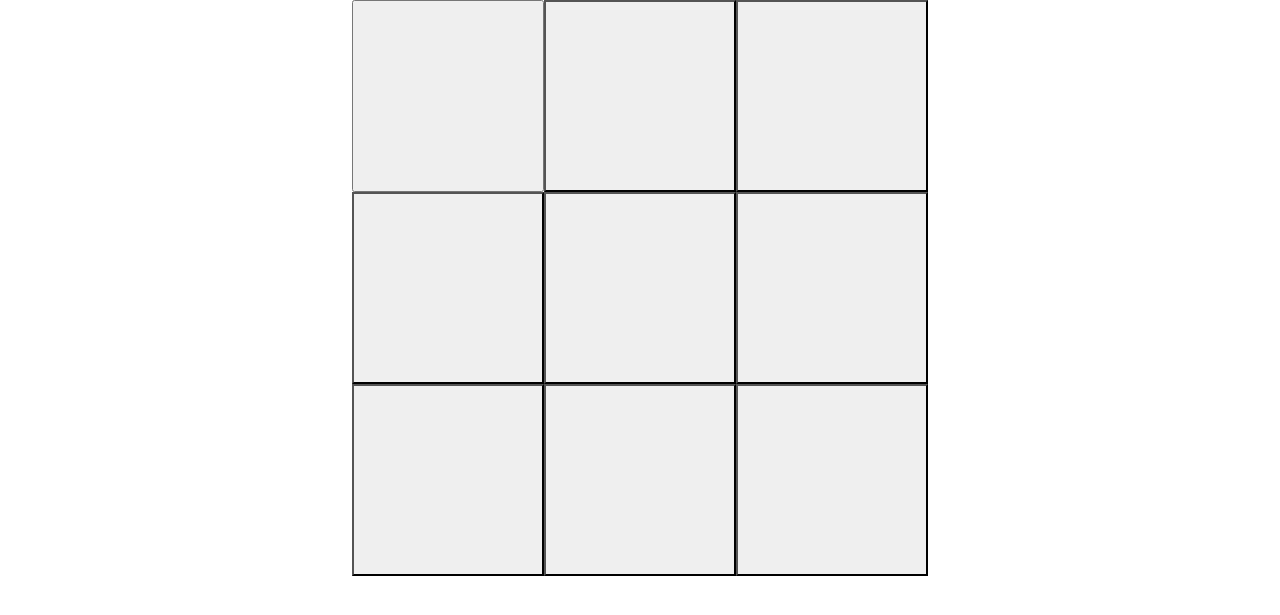
Repository: napan24/tic-tac-toe
Page: /
An editor plug-in stored every save of this project. The page is shown before and after the next save, followed by the edit.
The browser window is 1280 px wide. The pictures show the whole page.
The project was rebuilt for these pictures with package versions that can differ from the ones it lists, and the page was loaded fresh each time. Also part of the build but not shown: src/App.css.

Above is the page before, as saved 2022-06-12 22:53:37.

### src/App.js
import {useEffect} from 'react';
import logo from './logo.svg';
import './App.css';
import { FontAwesomeIcon } from '@fortawesome/react-fontawesome';
import { faXmark } from '@fortawesome/free-solid-svg-icons';
import { faCircle } from '@fortawesome/free-regular-svg-icons';
import './tik.css';
import { useState } from 'react';
import cross from './cross.jpeg';
/* <FontAwesomeIcon icon={faXmark} size="5x" /> */
/* <FontAwesomeIcon icon={faCircle} size="5x"/> */

// const cl=event.currentTarget.id;
// const el = document.getElementById(cl);
// el.append(a);
function App() {
  const [curr,setCurr]=useState(false);
  const handleClick = event => {
    const cl=event.currentTarget.id;
    document.getElementById(cl).style.background ="url("+cross+")";
    document.getElementById(cl).style.backgroundSize="cover";
    document.getElementById(cl).style.backgroundRepeat="no-repeat";
    console.log(cl);
    console.log(curr);
    setCurr(!curr);
  };

  return (
    <>
      <div id="row1" style={{ display: "flex", justifyContent: "center", alignContent: "center" }}>
        <button id="r1column1" onClick={handleClick} style={{ height: "15vw", width: "15vw"}}></button>
        <button id="r1column2" onClick={handleClick} style={{ height: "15vw", width: "15vw",backgroundRepeat:"no-repeat",backgroundSize:"cover" }}></button>
        <button id="r1column3" onClick={handleClick} style={{ height: "15vw", width: "15vw",backgroundRepeat:"no-repeat",backgroundSize:"cover" }}></button>
      </div>
      <div id="row2" style={{ display: "flex", justifyContent: "center", alignContent: "center" }}>
        <button id="r2column1" onClick={handleClick} style={{ height: "15vw", width: "15vw",backgroundRepeat:"no-repeat",backgroundSize:"cover" }}></button>
        <button id="r2column2" onClick={handleClick} style={{ height: "15vw", width: "15vw",backgroundRepeat:"no-repeat",backgroundSize:"cover" }}></button>
        <button id="r2column3" onClick={handleClick} style={{ height: "15vw", width: "15vw",backgroundRepeat:"no-repeat",backgroundSize:"cover" }}></button>
      </div>
      <div id="row" style={{ display: "flex", justifyContent: "center", alignContent: "center" }}>
        <button id="r3column1" onClick={handleClick} style={{ height: "15vw", width: "15vw",backgroundRepeat:"no-repeat",backgroundSize:"cover" }}></button>
        <button id="r3column2" onClick={handleClick} style={{ height: "15vw", width: "15vw",backgroundRepeat:"no-repeat",backgroundSize:"cover" }}></button>
        <button id="r3column3" onClick={handleClick} style={{ height: "15vw", width: "15vw",backgroundRepeat:"no-repeat",backgroundSize:"cover" }}></button>
      </div>
    </>
  );
}

export default App;

### src/tik.css
* {
    box-sizing: border-box;
  }

  /* Create three equal columns that floats next to each other */
  .column {
    float: left;
    width: 25%;
    height:35vh;
  }

  /* Clear floats after the columns */
  .row:after {
    content: "";
    display: table;
    clear: both;
  }

Loaded but not shown: public/index.html (common file); src/index.js (common file); src/index.css (common file); src/reportWebVitals.js (common file)

After the next save:
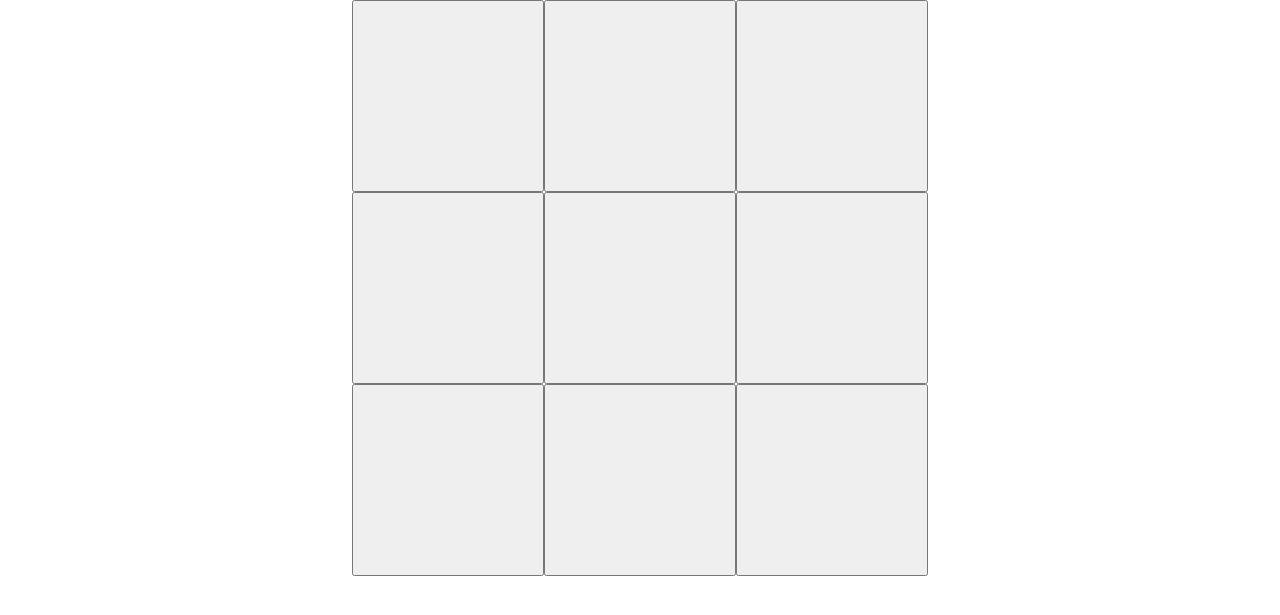
Saved 74 s later.
--- a/src/App.js
+++ b/src/App.js
@@ -29,18 +29,18 @@ function App() {
     <>
       <div id="row1" style={{ display: "flex", justifyContent: "center", alignContent: "center" }}>
         <button id="r1column1" onClick={handleClick} style={{ height: "15vw", width: "15vw"}}></button>
-        <button id="r1column2" onClick={handleClick} style={{ height: "15vw", width: "15vw",backgroundRepeat:"no-repeat",backgroundSize:"cover" }}></button>
-        <button id="r1column3" onClick={handleClick} style={{ height: "15vw", width: "15vw",backgroundRepeat:"no-repeat",backgroundSize:"cover" }}></button>
+        <button id="r1column2" onClick={handleClick} style={{ height: "15vw", width: "15vw" }}></button>
+        <button id="r1column3" onClick={handleClick} style={{ height: "15vw", width: "15vw" }}></button>
       </div>
       <div id="row2" style={{ display: "flex", justifyContent: "center", alignContent: "center" }}>
-        <button id="r2column1" onClick={handleClick} style={{ height: "15vw", width: "15vw",backgroundRepeat:"no-repeat",backgroundSize:"cover" }}></button>
-        <button id="r2column2" onClick={handleClick} style={{ height: "15vw", width: "15vw",backgroundRepeat:"no-repeat",backgroundSize:"cover" }}></button>
-        <button id="r2column3" onClick={handleClick} style={{ height: "15vw", width: "15vw",backgroundRepeat:"no-repeat",backgroundSize:"cover" }}></button>
+        <button id="r2column1" onClick={handleClick} style={{ height: "15vw", width: "15vw" }}></button>
+        <button id="r2column2" onClick={handleClick} style={{ height: "15vw", width: "15vw" }}></button>
+        <button id="r2column3" onClick={handleClick} style={{ height: "15vw", width: "15vw" }}></button>
       </div>
       <div id="row" style={{ display: "flex", justifyContent: "center", alignContent: "center" }}>
-        <button id="r3column1" onClick={handleClick} style={{ height: "15vw", width: "15vw",backgroundRepeat:"no-repeat",backgroundSize:"cover" }}></button>
-        <button id="r3column2" onClick={handleClick} style={{ height: "15vw", width: "15vw",backgroundRepeat:"no-repeat",backgroundSize:"cover" }}></button>
-        <button id="r3column3" onClick={handleClick} style={{ height: "15vw", width: "15vw",backgroundRepeat:"no-repeat",backgroundSize:"cover" }}></button>
+        <button id="r3column1" onClick={handleClick} style={{ height: "15vw", width: "15vw" }}></button>
+        <button id="r3column2" onClick={handleClick} style={{ height: "15vw", width: "15vw" }}></button>
+        <button id="r3column3" onClick={handleClick} style={{ height: "15vw", width: "15vw" }}></button>
       </div>
     </>
   );
